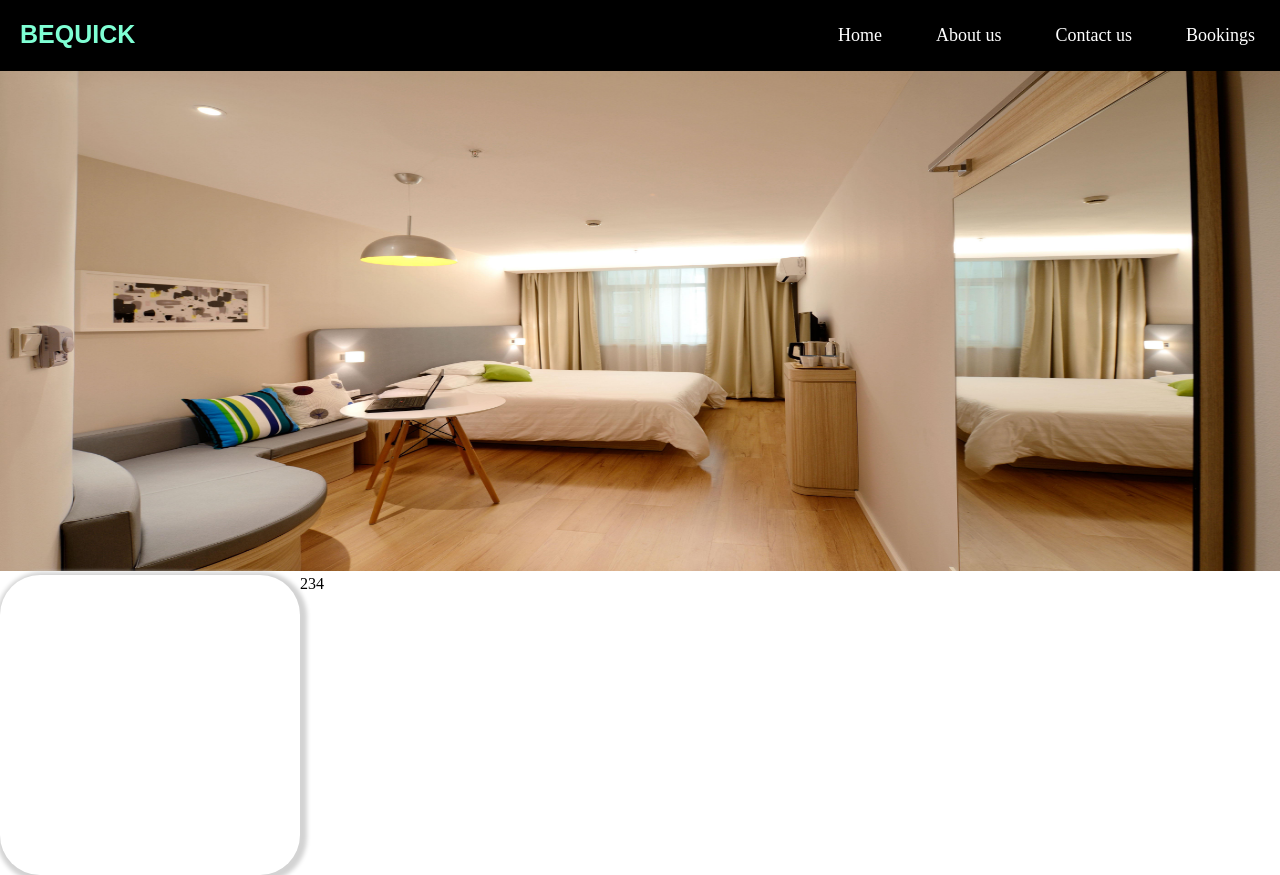
Repository: Ayushi6Sharma/BEQUICK_Hotel_Booking_Web
Page: index.html
An editor plug-in stored every save of this project. The page is shown before and after the next save, followed by the edit.
The browser window is 1280 px wide. The pictures show the whole page.

Above is the page before, as saved 2022-05-09 00:17:44.

### index.html
<!DOCTYPE html>
<html lang="en">
<head>
    <meta charset="UTF-8">
    <meta http-equiv="X-UA-Compatible" content="IE=edge">
    <meta name="viewport" content="width=device-width, initial-scale=1.0">
    <link rel="stylesheet" href="style.css">
    <title>Document</title>
</head>
<body>
    <main>
        <nav class="nav">

            <ul class="nav-list">
                <span class="logo">BEQUICK</span>
                <li><a href="#">Home</a></li>
                <li><a href="#">About us</a></li>
                <li><a href="#">Contact us</a></li>
                <li><a href="#">Bookings</a></li>
            </ul>
        </nav>
        <section>
            <div class="hotel-main-image">
                <!-- <div class="bookings-btn">Bookings</div> -->
                <img src="./images/hotel-img-2.jpg" class="hotel-img-2">
            </div>
        </section>
        <!-- section 2  -->
        <section>
            <div class="flex1-container1">
                <div class="flex1-item1">
                    <div class="facilities">

                    </div>
                </div>
                <div class="flex1-item1">2</div>
                <div class="flex1-item1">3</div>
                <div class="flex1-item1">4</div>
            </div>
        </section>
    </main>
</body>
</html>

### style.css
*
{
    padding: 0px;
    margin: 0px;
    box-sizing: border-box;
}
/* nav */
.nav
{
    background-color: black;
}
.nav-list
{
    list-style-type:none;
    width: 100%;
    text-align: end;
}
.nav-list > li
{
    display: inline-block;
    padding: 25px;
    font-size: 18px;
}
.nav-list li a
{
    text-decoration: none;
    color:white;
}
.nav-list li a:hover
{
    color: aquamarine;
}
.logo
{
    padding: 20px;
    color:aquamarine;
    float: left;
    font-size: 25px;
    font-weight: bolder;
    font-family: sans-serif;
}
/* section 1 */
/* main image */
.hotel-img-2
{
    width: 100%;
    height:500px;
}
hotel-main-image
{
    position: relative;
}
/* .bookings-btn
{
    width:250px;
    height: 60px;
    background-color: black;
    color:white;
    border-radius: 40px;
    text-align: center;
    padding-top: 15px;
    font-size:25px;
    font-family: sans-serif;
    position: absolute;
} */

/* section 2 */
.flex1-container1
{
    display: flex;
    flex-direction: row;
    flex-wrap: wrap;
}
.facilities
{
    width:300px;
    height:300px;
    border-radius: 40px;
    box-shadow: 2px 2px 4px 5px lightgrey;

}

After the next save:
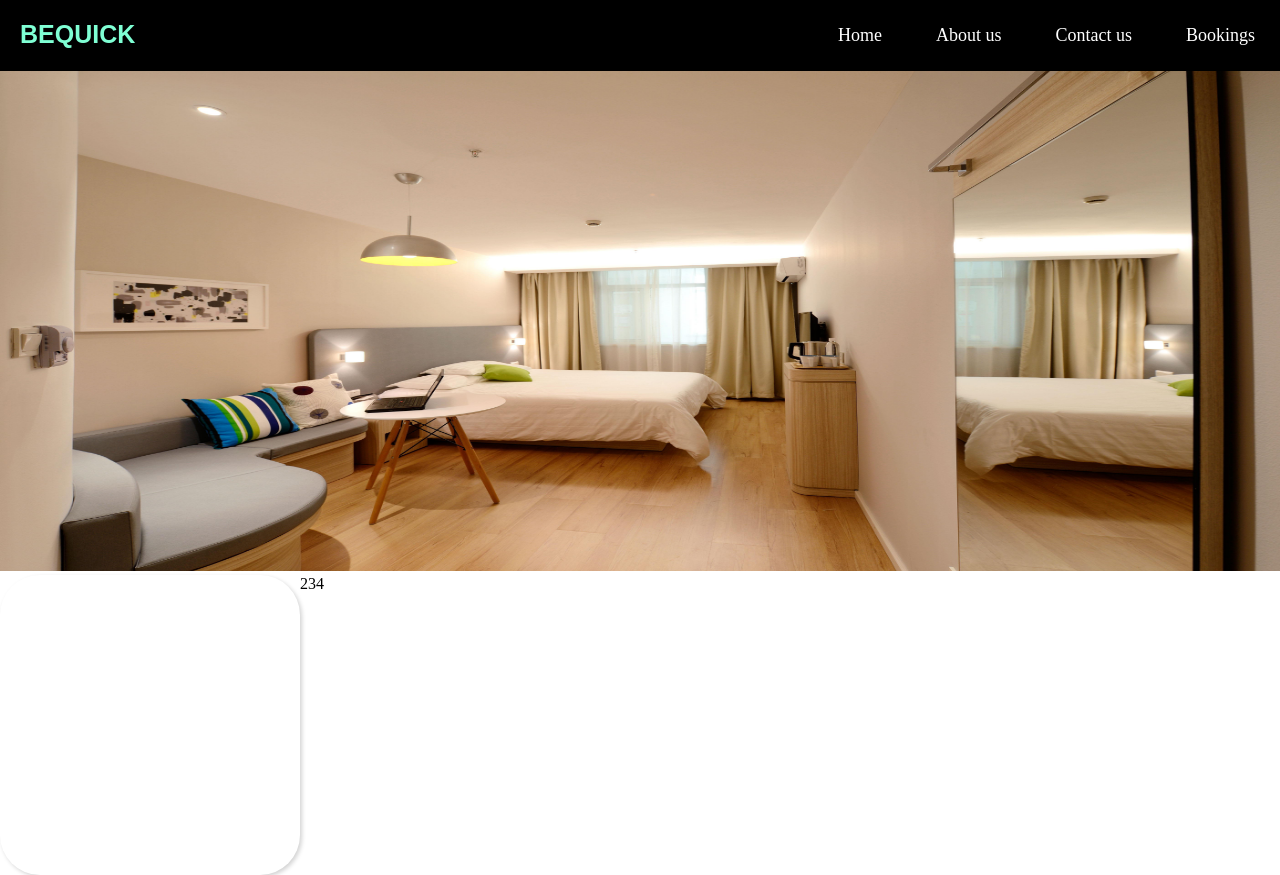
Saved 9 s later.
--- a/style.css
+++ b/style.css
@@ -76,6 +76,6 @@ hotel-main-image
     width:300px;
     height:300px;
     border-radius: 40px;
-    box-shadow: 2px 2px 4px 5px lightgrey;
+    box-shadow: 2px 2px 4px  lightgrey;
 
 }
